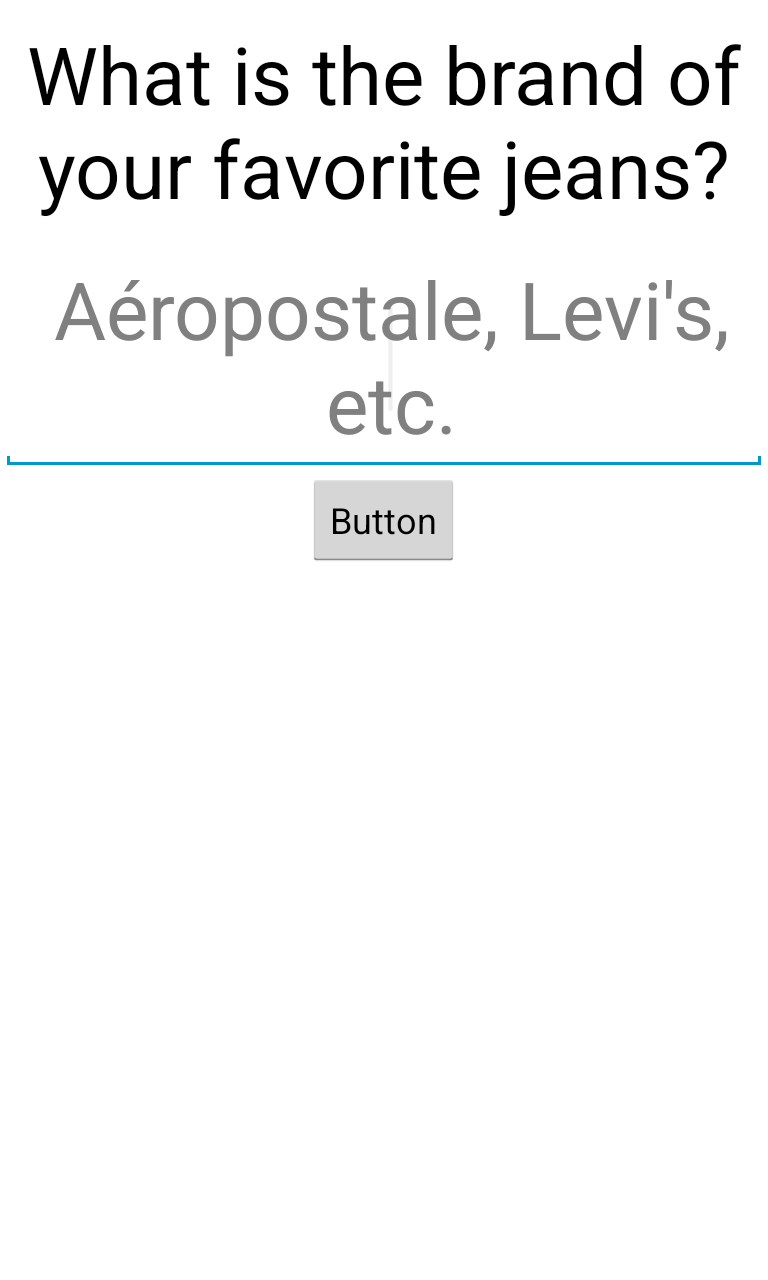
Repository: jLoven/FitMe_testing01
Layout: FitMe/FitMe/res/layout/pick_size.xml
An editor plug-in stored every save of this project. The layout is shown before and after the next save, followed by the edit.
It is drawn on a 768 x 1280 px phone screen (xhdpi) without system bars, with theme AppTheme; the app's code is not run.

Above is the layout before, as saved 2014-03-12 02:16:23.

### FitMe/FitMe/res/layout/pick_size.xml
<?xml version="1.0" encoding="utf-8"?>
<LinearLayout xmlns:android="http://schemas.android.com/apk/res/android"
    android:layout_width="match_parent"
    android:layout_height="match_parent"
    android:orientation="vertical" >

    <TextView
        android:id="@+id/textView1"
        android:layout_width="wrap_content"
        android:layout_height="wrap_content"
        android:layout_marginTop="10dp"
        android:gravity="center"
        android:text="@string/TextBox1"
        android:textSize="40sp"
        android:textColor="#000000" />

    <AutoCompleteTextView
        android:id="@+id/autoCompleteTextView1"
        android:layout_width="match_parent"
        android:layout_height="wrap_content"
        android:layout_marginTop="10dp"
        android:completionThreshold="1"
        android:ems="20"
        android:gravity="center"
        android:hint="@string/Hint1"
        android:paddingRight="5dp"
        android:textSize="40sp" >

        <requestFocus />
    </AutoCompleteTextView>

    <LinearLayout
        android:layout_width="match_parent"
        android:layout_height="wrap_content"
        android:orientation="vertical"
        android:gravity="center"
         >

        <Button
            android:id="@+id/btnSave"
            android:layout_width="wrap_content"
            android:layout_height="wrap_content"
            android:text="Button" />

    </LinearLayout>

</LinearLayout>

### FitMe/FitMe/res/values/strings.xml
<?xml version="1.0" encoding="utf-8"?>
<resources>

    <string name="app_name">FitMe</string>

    <string name="action_settings">Settings</string>
    <string name="TextBox1">What is the brand of your favorite jeans?</string>
    <string name="Hint1">Aéropostale, Levi\'s, etc.</string>
    <string name="Save">Save Settings</string>

    <string-array name="countries_array">
        <item>1st Kiss</item>
        <item>Aéropostale</item>
        <item>Danskin Now</item>
        <item>Faded Glory</item>
        <item>Jordache</item>
        <item>Kirra</item>
        <item>L.E.I</item>
        <item>No Boundaries</item>
    </string-array>

</resources>

Loaded but not shown: FitMe/FitMe/res/values/styles.xml (common file); FitMe/FitMe/res/values-v11/styles.xml (common file); FitMe/FitMe/res/values-v14/styles.xml (common file)

After the next save:
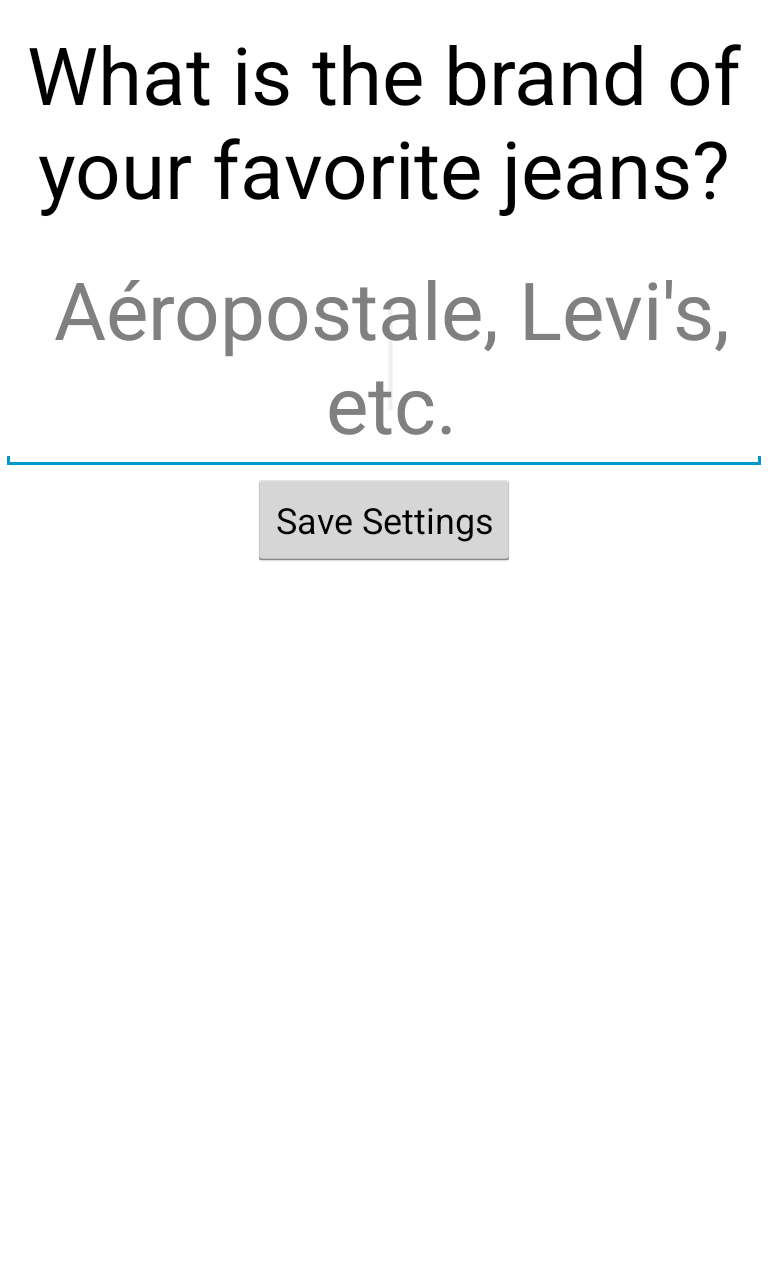
Saved 19 s later.
--- a/FitMe/FitMe/res/layout/pick_size.xml
+++ b/FitMe/FitMe/res/layout/pick_size.xml
@@ -40,7 +40,7 @@
             android:id="@+id/btnSave"
             android:layout_width="wrap_content"
             android:layout_height="wrap_content"
-            android:text="Button" />
+            android:text="@string/Save" />
 
     </LinearLayout>
 
